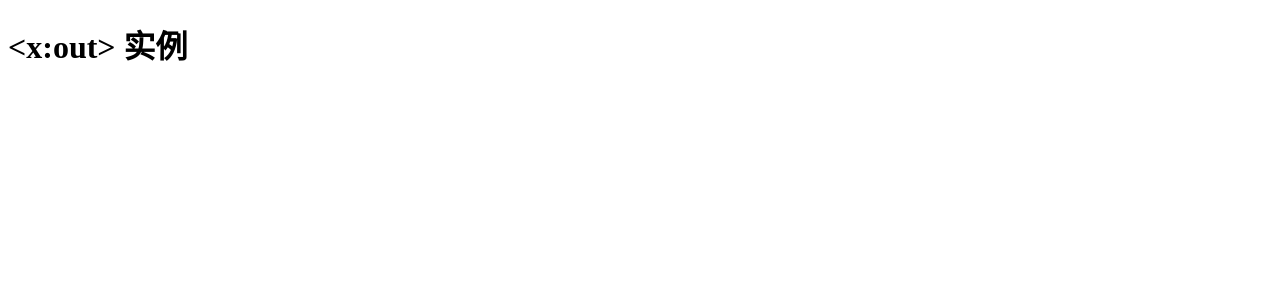
Repository: eterinfi/java
Page: http://localhost/JSPDemo/JSTLDemo/xml/x_out.jsp
The author's editor kept a copy of each file at every save. The page is drawn from the files as they stood at one save, then again after the next save.
The browser window is 1280 px wide. The pictures show the whole page.
The page is served by Tomcat 9.

Above is the page before, as saved 2016-11-16 02:24:12.

After the next save:
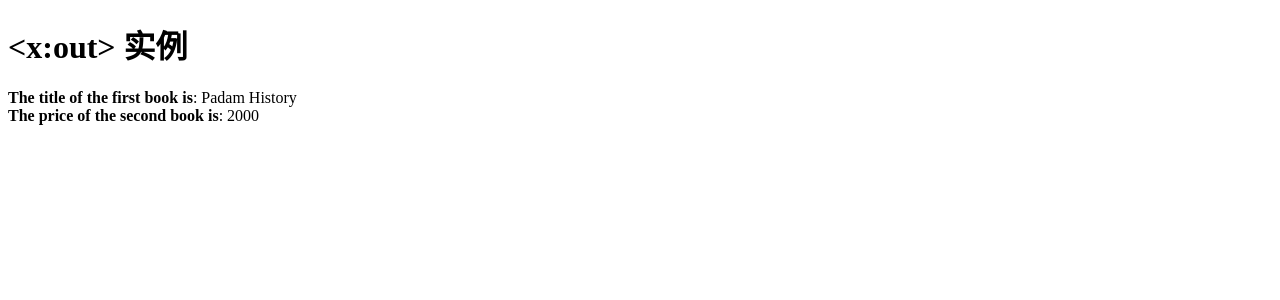
Saved 2 min 28 s later.
--- a/jee/JSPDemo/WebContent/JSTLDemo/xml/x_out.jsp
+++ b/jee/JSPDemo/WebContent/JSTLDemo/xml/x_out.jsp
@@ -24,5 +24,11 @@
       </book>
     </books>
   </c:set>
+  <x:parse xml="${xmltext}" var="output" />
+  <b>The title of the first book is</b>:
+  <x:out select="$output/books/book[1]/name" />
+  <br>
+  <b>The price of the second book is</b>:
+  <x:out select="$output/books/book[2]/price" />
 </body>
 </html>
